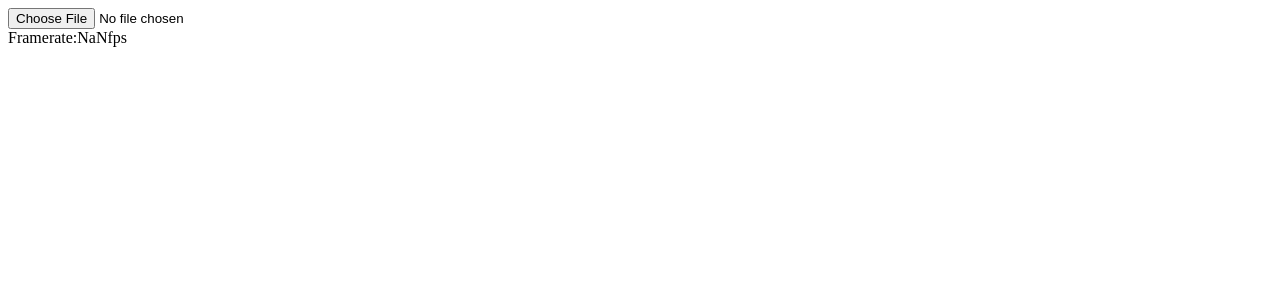
Repository: dmmiron/rhoana
Page: WebGL/viewer/spinning_box/main.html
These files come from the project's save history. The page is drawn as it stood at one moment and after the next save; the edit follows.
The browser window is 1280 px wide. The pictures show the whole page.

Above is the page before, as saved 2013-08-15 14:59:51.

After the next save:
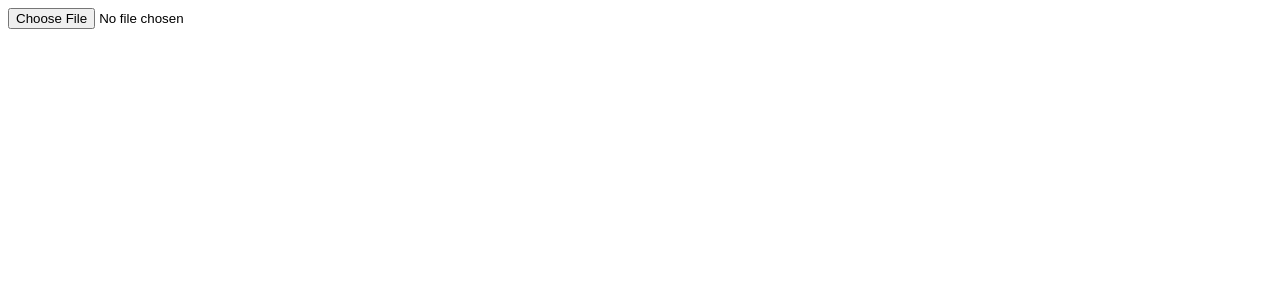
Console error: TypeError: Cannot set properties of null (setting 'width')
Saved 6 s later.
--- a/WebGL/viewer/spinning_box/main.html
+++ b/WebGL/viewer/spinning_box/main.html
@@ -508,7 +508,7 @@ function enableInput(enable) {
 
     function start()
     {
-        var c = document.getElementById("example");
+        var c = document.getElementById("canvas");
         var w = Math.floor(window.innerWidth * 0.9);
         var h = Math.floor(window.innerHeight * 0.9);
 

After the save that followed:
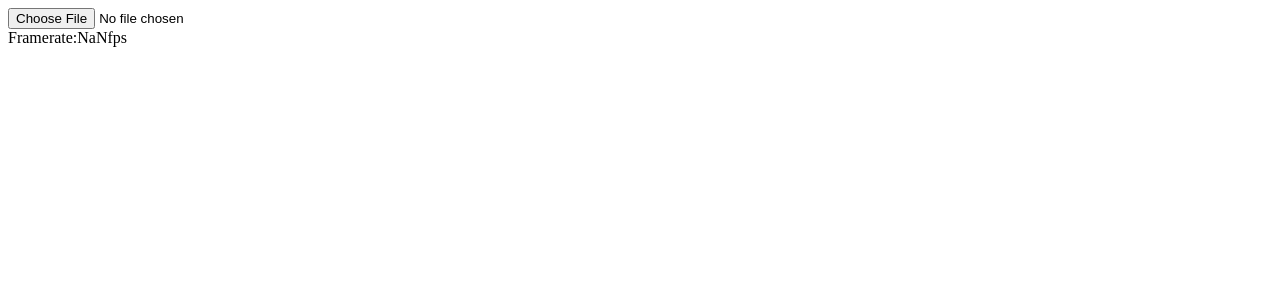
The error is gone.
Saved 6 s later.
--- a/WebGL/viewer/spinning_box/main.html
+++ b/WebGL/viewer/spinning_box/main.html
@@ -565,7 +565,7 @@ function enableInput(enable) {
 <body onload="start()">
 
 
-<canvas id="example">
+<canvas id="canvas">
     If you're seeing this your web browser doesn't support the &lt;canvas>&gt; element. Ouch!
 </canvas>
 
